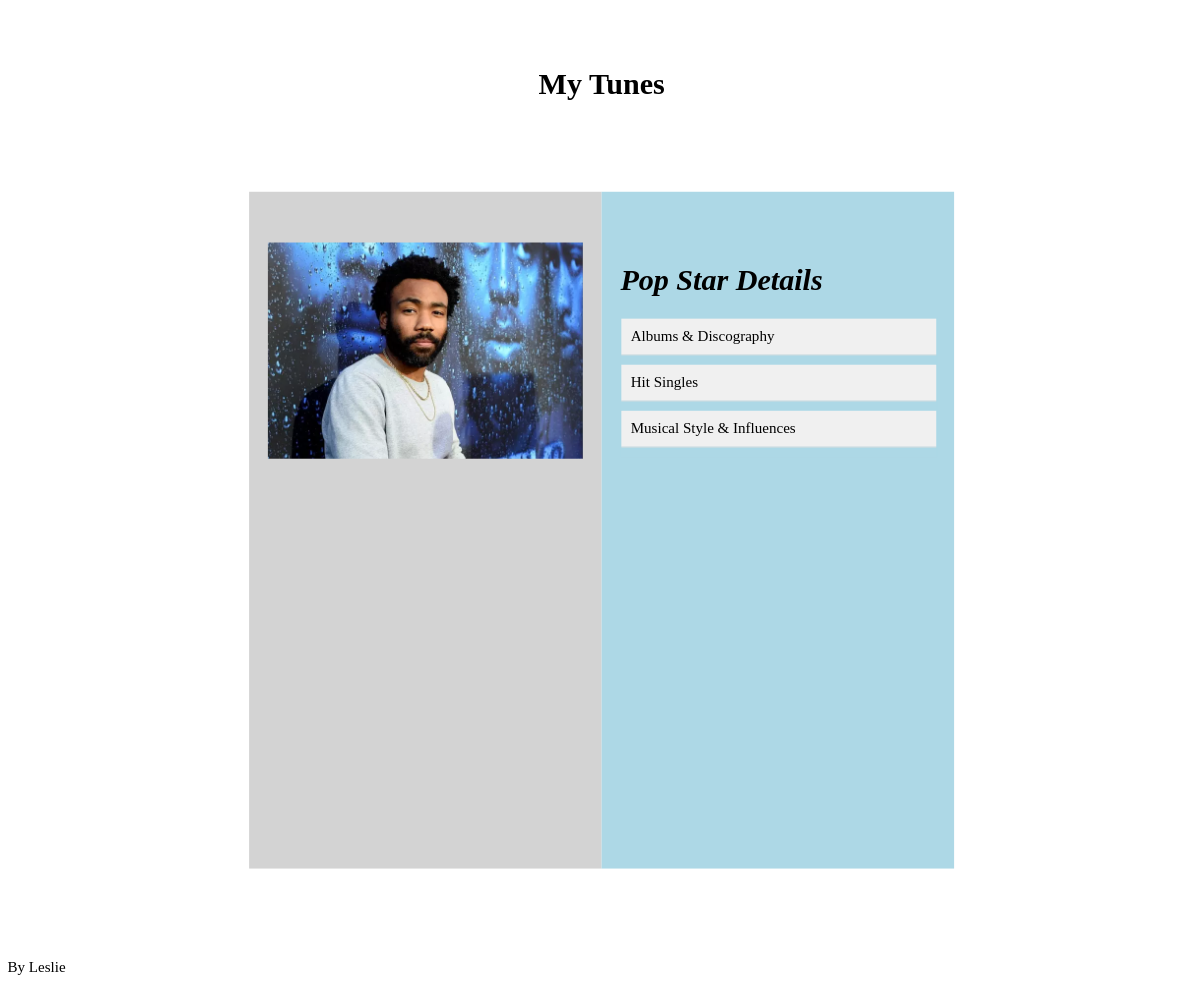
Repository: leslie179/labOne
Page: /
The author's editor kept a copy of each file at every save. The page is drawn from the files as they stood at one save, then again after the next save.
The browser window is 1280 px wide. The pictures show the whole page, at 94% of full size.
The project was rebuilt for these pictures with package versions that can differ from the ones it lists, and the page was loaded fresh each time. The framework's server and built-in components were replaced by stand-ins that run in the browser. Also part of the build but not shown: next.config.js, components/Footer/Footer.module.css.

Above is the page before, as saved 2024-09-15 22:39:16.

### pages/index.js
import Head from 'next/head'
import styles from '@/styles/Home.module.css'
import Footer from '@/components/Footer'
import Header from '@/components/Header'
import LeftComponent from '@/components/LeftComponent'
import RightComponent from '@/components/RightComponent'

export default function Home() {
  return (
    <>
      <Head>
        <title>Create Next App</title>
        <meta name="description" content="Generated by create next app" />
        <meta name="viewport" content="width=device-width, initial-scale=1" />
        <link rel="icon" href="/favicon.ico" />
      </Head>
      <Header/>
      <main className={`${styles.main}`}>
      <div className={styles.container}>
      <div className={styles.left}>
                <LeftComponent />
            </div>
            <div className={styles.right}>
              <h1 className={styles.h1}>Pop Star Details</h1>
                <RightComponent />
            </div>
            </div>
      </main>
      <Footer/>
    </>
  )
}

### pages/api/ExampleOne.js
import { useEffect, useState } from "react"
import Header from "@/components/Header"
import Footer from "@/components/Footer"
import Head from "next/head"

export default function ExampleOne() {
    const [number, setNumber] = useState(0);

    /** usually this will cause an infinite loop
     * so it is best to not do this incase your code breaks
     * code on pages will run two times.
     * Once to render what we want and another is to
     * render strict mode to find any common bugs
    */

    useEffect(() => {
            console.log(number);
    })

    /**
     * useEffect only runs when the pages loads
     */

    return(
        <>
            <Header/>
            <main>
                <h1>Example 1</h1>
                <div>Infinite loop</div>
                {number}
        </main>
        <Footer/>
        </>

    )
}

### pages/api/ExampleTwo.js
import { useEffect } from "react"
import Footer from "@/components/Footer"
import Header from "@/components/Header"

export default function ExampleTwo() {
    // The [] makes sure the useEffect only runs once

    /**
     * code on pages will run two times.
     * Once to render what we want and another is to
     * render strict mode to find any common bugs
    */

    useEffect(() => {
        console.log("RUN");
    }, [])

        return(
            <>
            <Header/>
            <main>
                    <h1>Example 2</h1>
            </main>
            <Footer/>
        </>
    )
}

### styles/globals.css
:root {


}

a {
  color: inherit;
  text-decoration: none;
}

### styles/Home.module.css
.main {
  display: flex;
  flex-direction: column;
  justify-content: space-between;
  align-items: center;
  padding: 6rem;
  min-height: 20vh;
}

.container {
  display: flex;
  width: 70%;
  height: 100vh;

}

.left, .right {
  width: 50%;
  padding: 20px;
  box-sizing: border-box;
}

.left {
  background-color: lightgray;
}

.right {
  background-color: lightblue;
}

.h1{
  padding-top: 10%;
  font-style: italic;
}

### components/Footer/index.js
import styles from "./Footer.module.css"

export default function Footer() {
    return(
        <footer className={styles.Footer}>
            By Leslie
        </footer>
    )
}

### components/Header/index.js
import styles from './Header.module.css';


export default function Header() {
    return (
        <header className={styles.header}>
            <h1>My Tunes</h1>
        </header>
    );
}

### components/LeftComponent/index.js
import styles from './LeftComponent.module.css';

export default function LeftComponent() {
    return (
        <div>
            <img src="childish_icon.jpg" alt="Childish Icon" className={styles.image} />
        </div>
    );
}

### components/RightComponent/index.js
import { useState } from 'react';
import styles from './RightComponent.module.css';

export default function RightComponent() {
    const [activeIndex, setActiveIndex] = useState(null);

    const toggleAccordion = (index) => {
        setActiveIndex(activeIndex === index ? null : index);
    };

    const categories = [
        {
            title: 'Albums & Discography',
            content: '"Camp" \n"Because the Internet" \n"Awaken, My Love!"'
        },
        {
            title: 'Hit Singles',
            content: '"3005"\n "Redbone"\n "This Is America" which won Grammys for its cultural impact.'
        },
        {
            title: 'Musical Style & Influences',
            content: 'Blend of hip hop, soul, funk, and rock, drawing influence from Prince, OutKast, and more.'
        }
    ];

    return (
        <div className={styles.accordion}>
            {categories.map((category, index) => (
                <div key={index} className={styles.item}>
                    <div className={styles.title} onClick={() => toggleAccordion(index)}>
                        {category.title}
                    </div>
                    <div className={`${styles.content} ${activeIndex === index ? styles.show : ''}`}>
                        <p>{category.content.split('\n').map((line, i) => (
                            <span key={i}>{line}<br /></span>
                        ))}</p>
                    </div>
                </div>
            ))}
        </div>
    );
}

### components/Header/Header.module.css
.header {
    text-align: center;
    padding-top: 5%;
  }

  .header h1 {
    margin: 0;
    padding: 0;
    font-size: 2rem; /* Adjust as needed */
  }

### components/LeftComponent/LeftComponent.module.css
.left {
    width: 50%;
    background-color: lightgray;
    padding: 20px;
    box-sizing: border-box;
    height: 100vh;
    float: left;
}

.image{
    width: 100%;
    padding-top: 10%;
}

### components/RightComponent/RightComponent.module.css
.right {
    width: 50%;
    padding: 20px;

    box-sizing: border-box;
    height: 100vh;
    float: right;
}
.accordion {
    border: 1px solid lightblue;
    width: 100%;
}

.item {
    border-bottom: 1px solid #ddd;
    margin-bottom: 10px;
}

.title {
    cursor: pointer;
    padding: 10px;
    background-color: #f0f0f0;
}

.content {
    max-height: 0;
    overflow: hidden;
    transition: max-height 0.3s ease-out;
}

.show {
    max-height: 100px;
}

Loaded but not shown: pages/_app.js (common file); pages/_document.js (common file); pages/api/hello.js (common file)

After the next save:
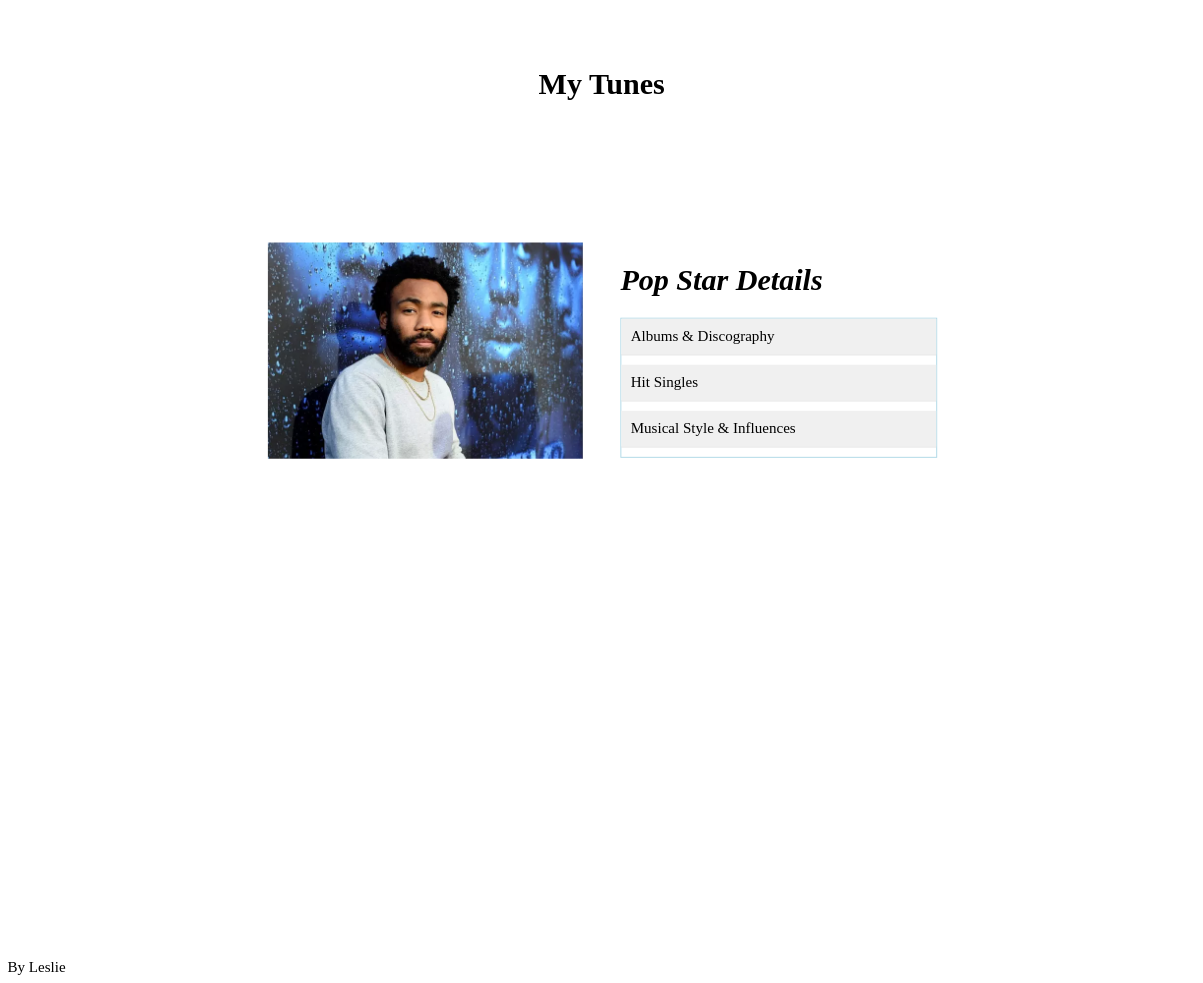
Saved 38 s later.
--- a/styles/Home.module.css
+++ b/styles/Home.module.css
@@ -20,13 +20,7 @@
   box-sizing: border-box;
 }
 
-.left {
-  background-color: lightgray;
-}
 
-.right {
-  background-color: lightblue;
-}
 
 .h1{
   padding-top: 10%;
